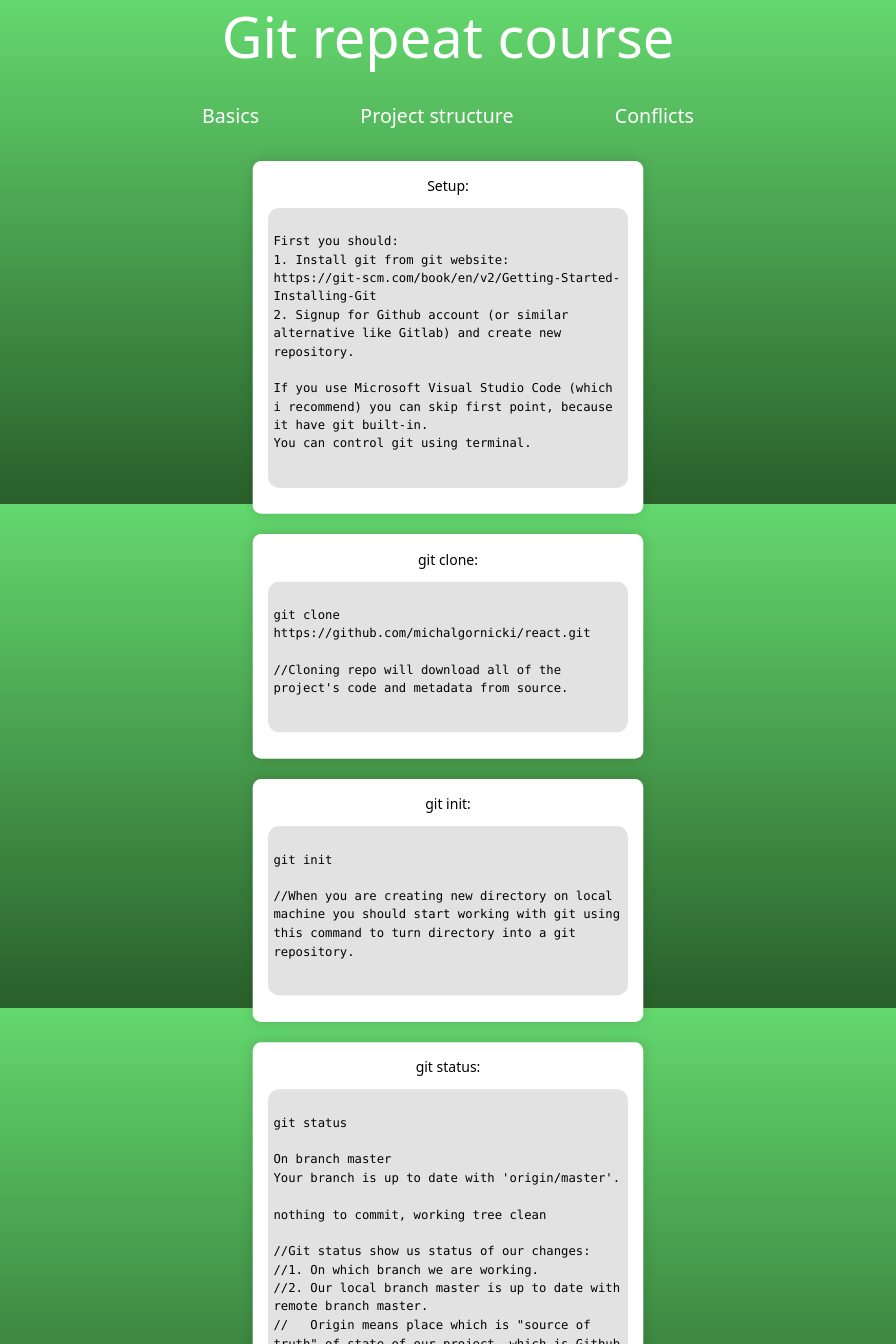
Repository: michalgornicki/git
Page: /#/Basics
An editor plug-in stored every save of this project. The page is shown before and after the next save, followed by the edit.
The browser window is 1280 px wide. The pictures show the part of the page from y = 0 to 1920 px (the page is 11196 px tall), at 70% of full size.
Backgrounds fixed to the window are drawn as part of the page. The project was rebuilt for these pictures with package versions that can differ from the ones it lists, and the page was loaded fresh each time. Also part of the build but not shown: src/components/structure.jsx, src/components/conflicts.jsx.

Above is the page before, as saved 2022-02-11 07:52:54.

After the next save:
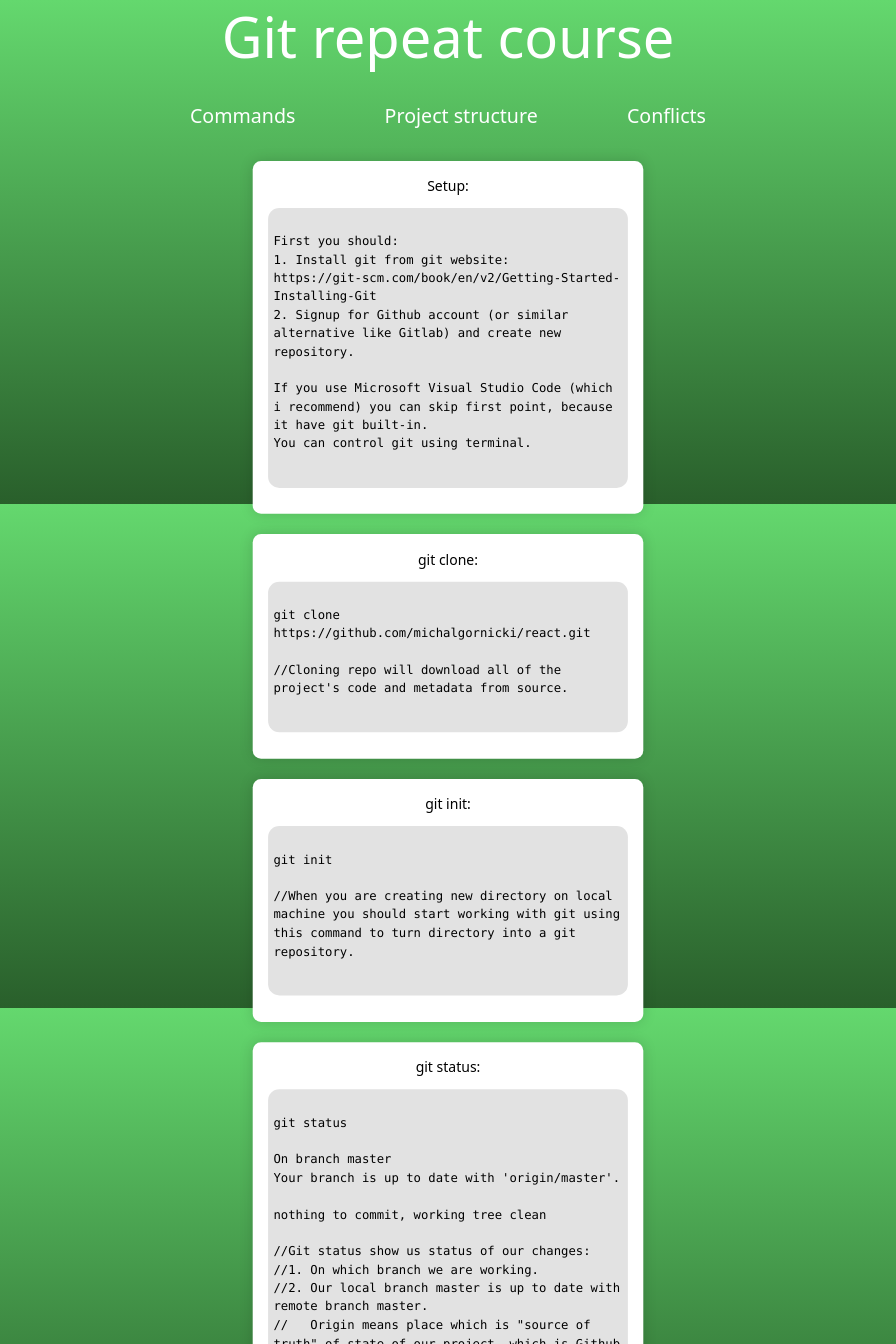
Saved 16 min 26 s later.
--- a/src/App.jsx
+++ b/src/App.jsx
@@ -14,7 +14,7 @@ function App() {
 
         <div className="h3 d-flex w-75 m-auto my-5 justify-content-evenly flex-wrap text-white">
           <Link className="link-style mx-3" to="/Basics">
-            Basics
+            Commands
           </Link>
           <Link className="link-style mx-3" to="/Structure">
             Project structure
